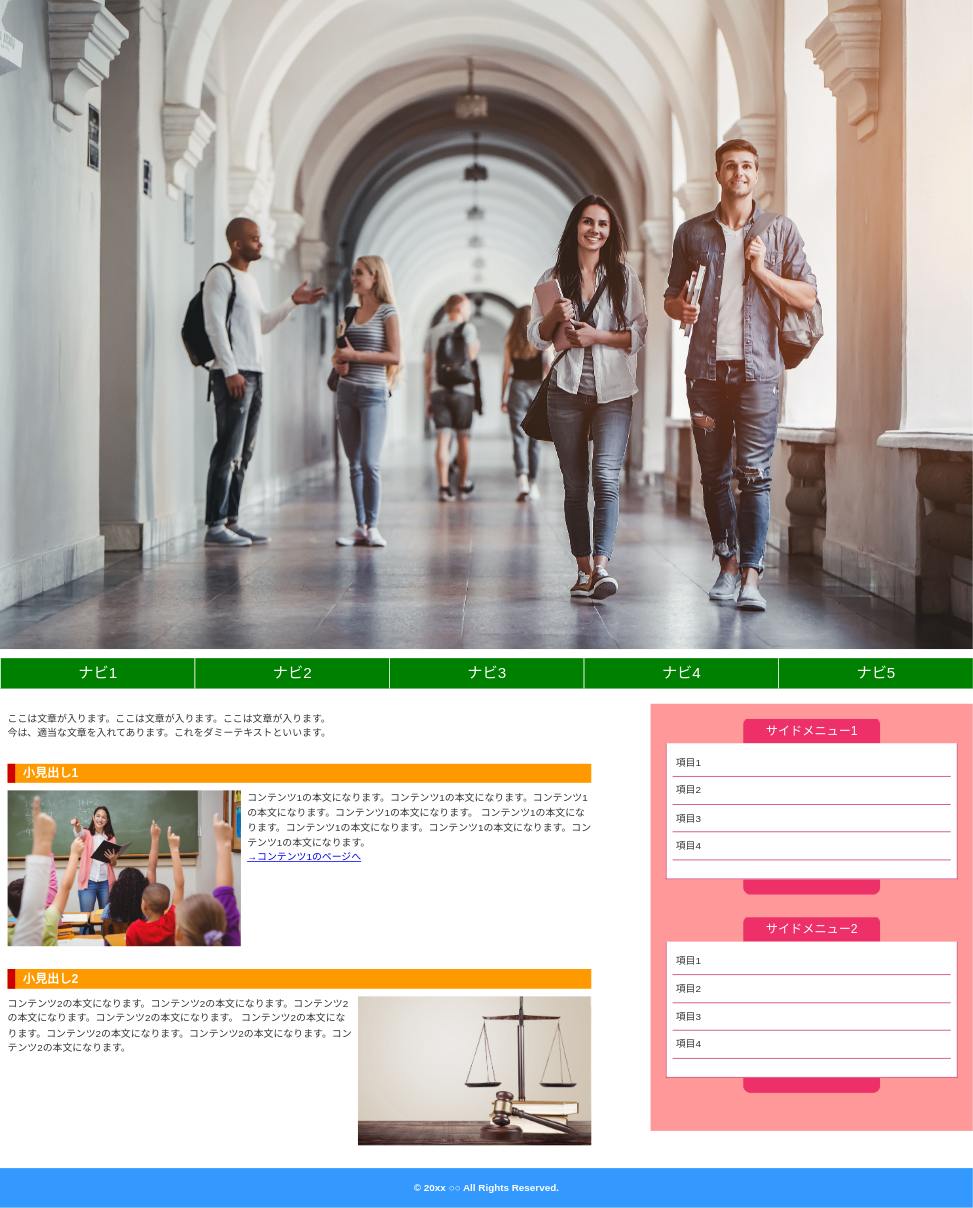
Repository: masyumaro7921/samurai_HTML-CSS
Page: home.html
The author's editor kept a record of every edit. The page is drawn from the files as they stood at one moment, then again after the next edit.
The browser window is 1280 px wide. The pictures show the whole page, at 76% of full size.

Above is the page before.

### home.html
<!DOCTYPE html>

<html lang="ja">

    <head>

        <meta charset="UTF-8">

        <title>HTML/CSSの学習</title>

        <link rel="stylesheet" href="stylesheet.css">

    </head>

    <body>

        <div id="header">

            <h1><a href="index.html"><img id="corridor" src="images/corridor.jpg" alt="大学の廊下" /></a></h1>

        </div>

        <div id="wrapper">

            <div id="nav">

                <ul>

                    <li><a href="home.html">ナビ1</a></li>

                    <li><a href="#">ナビ2</a></li>

                    <li><a href="#">ナビ3</a></li>

                    <li><a href="#">ナビ4</a></li>

                    <li><a href="#">ナビ5</a></li>

                </ul>

            </div>

            <div id="container">

                <div id="main">

                    <div class="post">

                        <p>ここは文章が入ります。ここは文章が入ります。ここは文章が入ります。<br />今は、適当な文章を入れてあります。これをダミーテキストといいます。</p>

                    </div>

                    <div class="post clearfix">

                        <h2>小見出し1</h2>

                        <img class="left" src="images/classroom.jpg" alt="授業風景" />

                        <p>

                            コンテンツ1の本文になります。コンテンツ1の本文になります。コンテンツ1の本文になります。コンテンツ1の本文になります。

                            コンテンツ1の本文になります。コンテンツ1の本文になります。コンテンツ1の本文になります。コンテンツ1の本文になります。

                        </p>

                        <p><a href="#">→コンテンツ1のページへ</a></p>

                    </div>

                    <div class="post clearfix">

                        <h2>小見出し2</h2>

                        <img class="right" src="images/scale.jpg" alt="天秤" />

                        <p>

                            コンテンツ2の本文になります。コンテンツ2の本文になります。コンテンツ2の本文になります。コンテンツ2の本文になります。

                            コンテンツ2の本文になります。コンテンツ2の本文になります。コンテンツ2の本文になります。コンテンツ2の本文になります。

                        </p>

                    </div>

                </div>

                <div id="side">

                    <div class="box">

                        <h2>サイドメニュー1</h2>

                        <div class="boxBody">

                            <ul>

                                <li>項目1</li>

                                <li>項目2</li>

                                <li>項目3</li>

                                <li>項目4</li>

                            </ul>

                        </div>

                    </div>

                    <div class="box">

                        <h2>サイドメニュー2</h2>

                        <div class="boxBody">

                            <ul>

                                <li>項目1</li>

                                <li>項目2</li>

                                <li>項目3</li>

                                <li>項目4</li>

                            </ul>

                        </div>

                    </div>

                </div>

            </div>

        </div>

        <div id="footer">

            <p>&copy; 20xx ○○ All Rights Reserved.</p>

        </div>

    </body>

</html>

### stylesheet.css
@charset "utf-8";


body {

	margin: 0;

	padding: 0;

	font-family: "ヒラギノ角ゴ Pro W3", "Hiragino Kaku Gothic Pro", "メイリオ", Meiryo, Osaka, "ＭＳ Ｐゴシック", "MS PGothic", sans-serif;

	color: #333;

	font-size: 13px;

	line-height: 150%;

}


/* -------------------- wrapper -------------------- */

#wrapper {

	width: 100%;

	margin: auto;

	padding: 0px;

	border: 0px;

	background-color: #FFF;

	top: 10px;

	position: relative;

}


/* -------------------- header -------------------- */

#header {

	width: 100%;

}

#header h1 {

	margin: 0;

	padding: 0;

}


#corridor {

	width: 100%;

	height: auto;

}


/* -------------------- footer -------------------- */

#footer {

	clear: both;

	width: 100%;

	padding: 3px 0 3px 0;

	background: #39F;

	color: #FFF;

	font-weight: bold;

	text-align: center;

}


/* -------------------- nav -------------------- */

#nav {

	width: 100%;

}

#nav ul {
	display: flex;

	margin: 0;

	padding: 0;

	list-style-type: none;

}

#nav ul li {

	width: 20%;

	text-align: center;

}

#nav ul li a {

	display: block;

	height: 20px;

	margin: 0;

	padding: 10px;

	color: #FFF;

	font-size: 20px;

	text-decoration: none;

	background-color: green;

    border-left: 1px solid white;

}

#nav ul li a:hover {
	filter: drop-shadow(10px 10px 10px black);
}


/* -------------------- container -------------------- */

#container {

	width: 100%;

	margin: auto ;

	padding-top: 20px;

	clear: both;

}

/* -------------------- main -------------------- */

#main {

	float: left;

	width: 60%;

	padding: 10px 30px 10px 10px;

}

#main h2 {

	margin: 0 0 10px 0;

	padding: 3px 10px 3px 10px;

	color: #FFF;

	font-size: 16px;

	border-left: solid 10px #C00;

	background-color: #F90;

}

#main p {

	margin: 0;

	padding: 0;

}

#main .post {

	margin: 0 0 30px 0;

}


#main .post img.right {

	margin: 0 0 0 8px;

}

#main .post img.left {

	margin: 0 8px 0 0;

}


.right {

	float: right;

	width: 40%;

	height: auto;

}

.left {

	float: left;

	width: 40%;

	height: auto;

}


/* -------------------- clearfix -------------------- */

.clearfix {

	zoom: 1;

}

.clearfix:after{

	content: "";

	display: block;

	clear: both;

}
   /* -------------------- side -------------------- */
   #side {
       float: right;
       width: 30%;
       padding: 20px;
       background-color: #F99;
}
   #side .box {
       margin: 0 auto 30px auto;
       padding: 0 0 20px 0;
       background: url(images/side_box.png) bottom no-repeat;
}
   #side .box h2 {

       margin: 0;

       padding: 8px;

      text-align: center;

       color: #fff;

       font-size: 16px;

       line-height: 16px;

       font-weight: normal;

       background: url(images/side_box_h2.png) center no-repeat;
}
   #side .box .boxBody {

      padding: 8px;

      border-right: solid 1px #C36;

      border-bottom: solid 1px #C36;

      border-left: solid 1px #C36;

      background: #fff;
}
#side .box .boxBody ul {
       margin: 0 0 16px 0;
      padding: 0;
}
#side .box .boxBody ul li {
       padding: 8px 0 8px 4px;
       list-style: none;
       border-bottom: solid 1px #C36;
}

#side .box .boxBody ul li:hover {
	padding: 8px 0 8px 4px;
	list-style: none;
	border-bottom: solid 1px #C36;
	box-shadow: 0px 4px 4px rgba(0,0,0,0.3);

}

After the next edit:
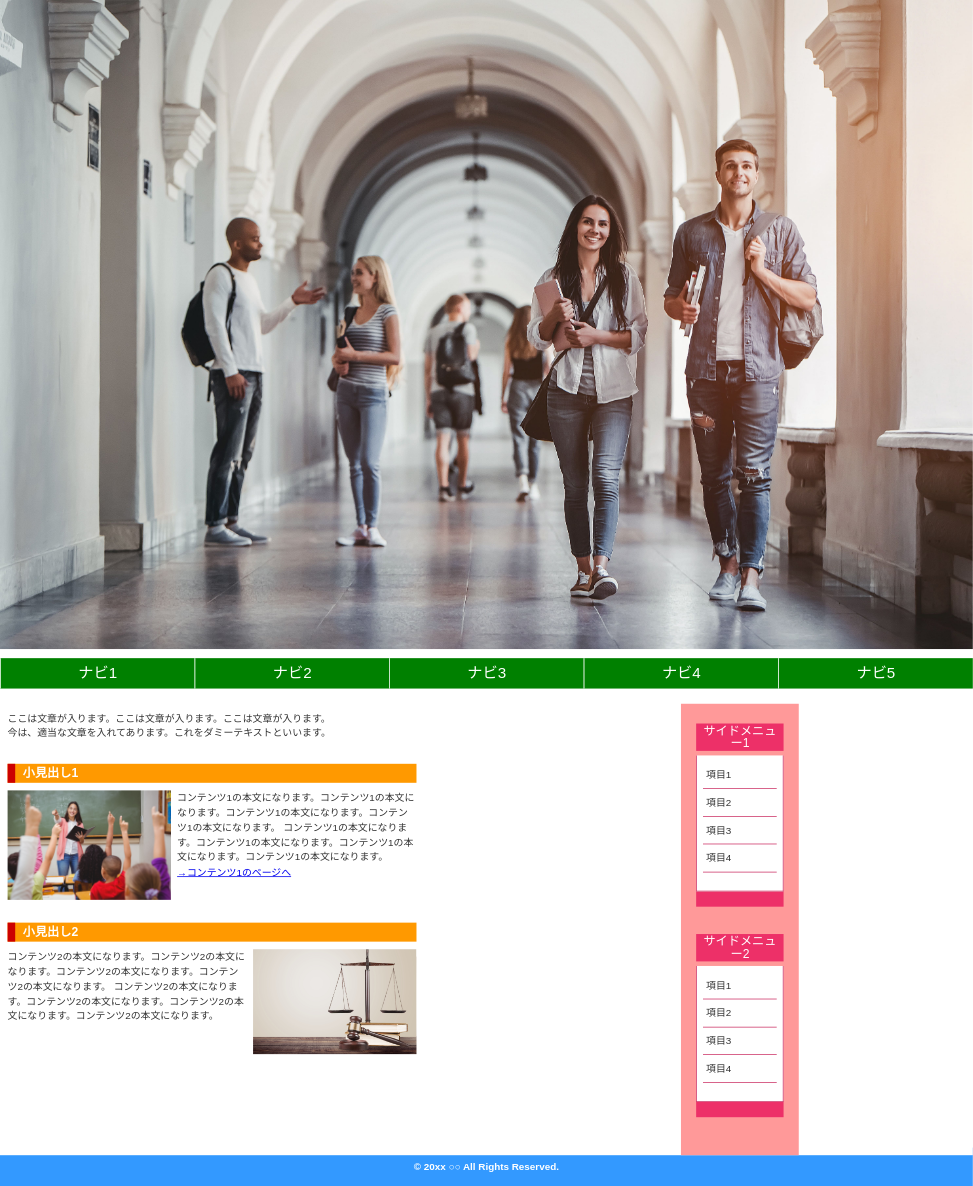
The edit:
--- a/stylesheet.css
+++ b/stylesheet.css
@@ -151,6 +151,9 @@
 	padding-top: 20px;
 
 	clear: both;
+
+	display: grid;
+	grid-template-columns: 70vw 30vw;
 
 }
 
